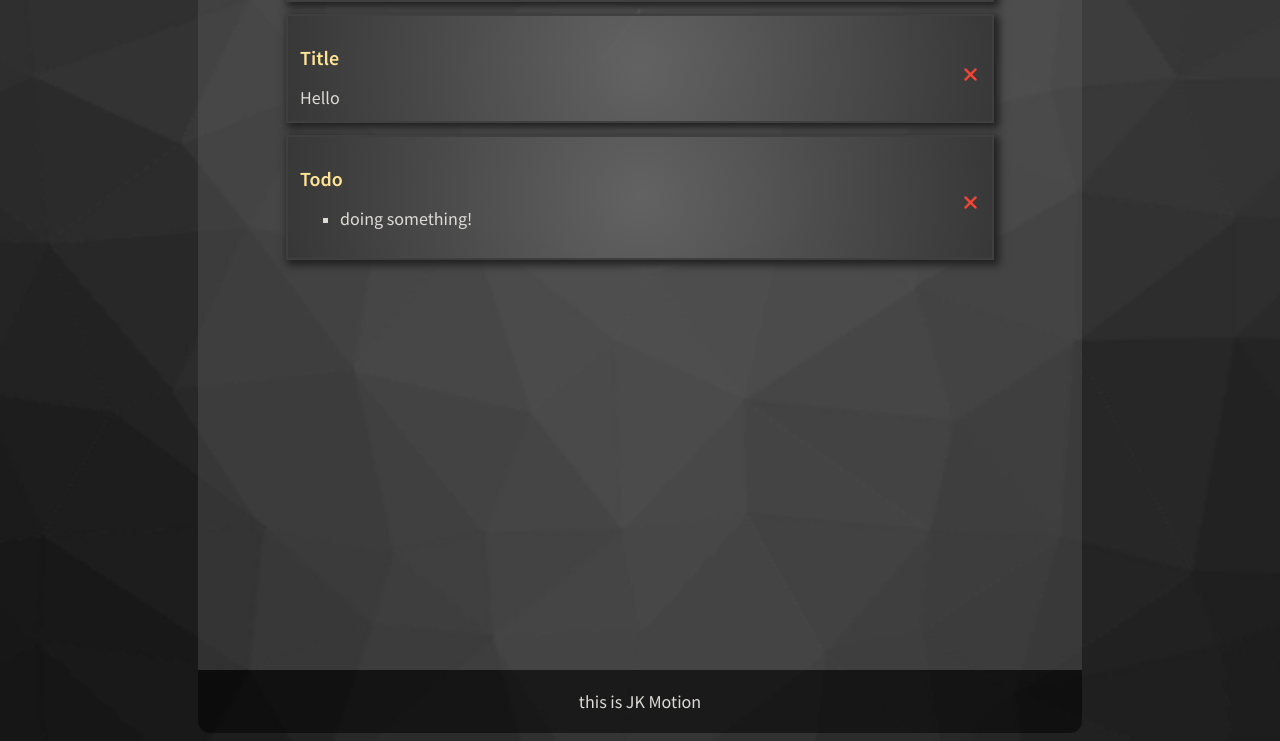
Repository: keehoonjung/Motion-project
Page: index.html
These files come from the project's save history. The page is drawn as it stood at one moment and after the next save; the edit follows.
The browser window is 1280 px wide. The pictures show the part of the page from y = 676 to 1437 px (the page is 1417 px tall before and 1437 px after).
Some web libraries are served in a nearby version.

Above is the page before, as saved 2021-08-23 23:09:42.

After the next save:
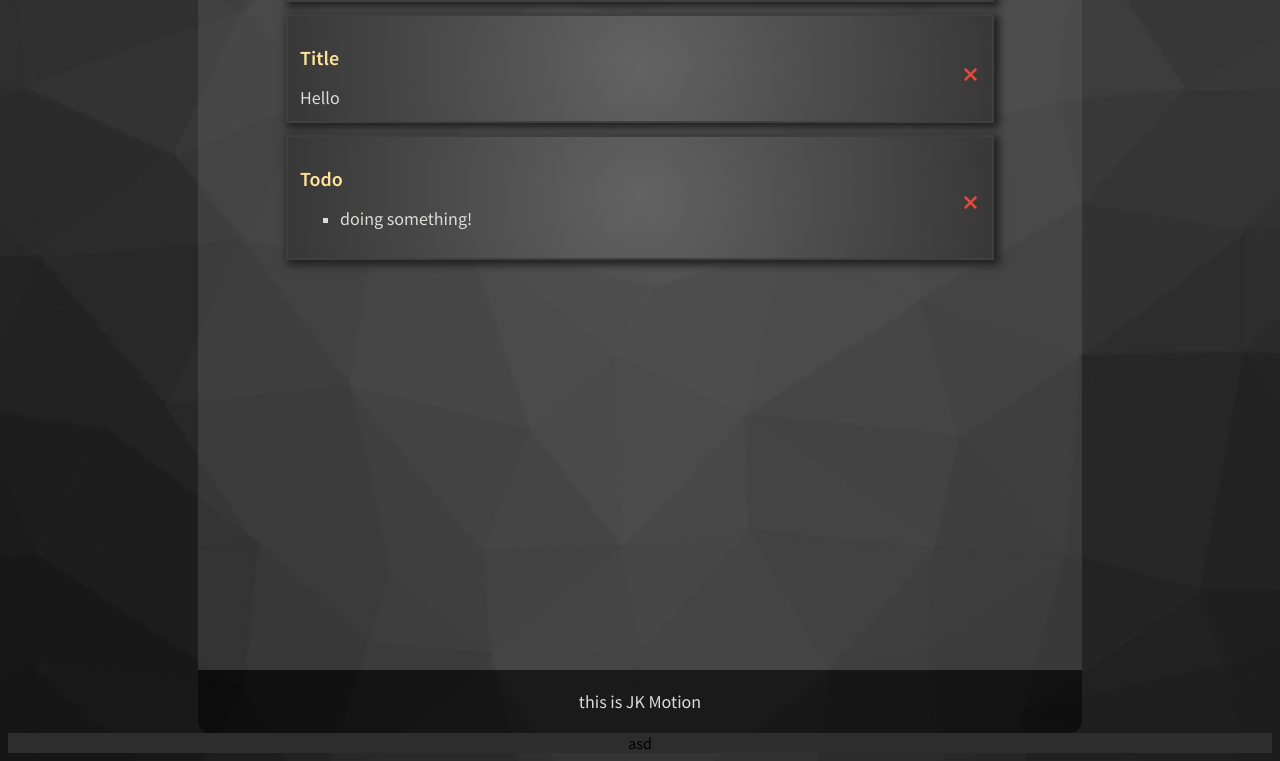
Saved 6 s later.
--- a/index.html
+++ b/index.html
@@ -91,6 +91,6 @@
       </div>
       <button class="popup__addbtn">ADD</button>
     </section>
-    <section class="darkcontainer"></section>
+    <section class="darkcontainer">asd</section>
   </body>
 </html>
